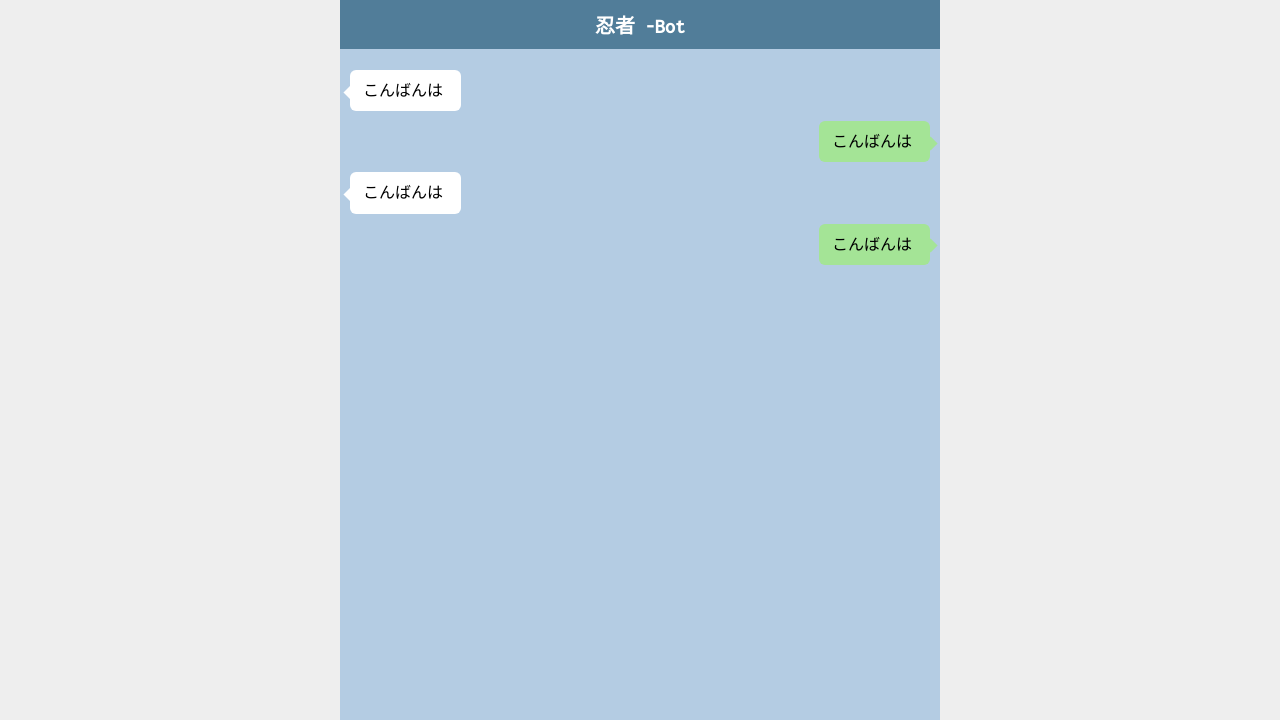
Repository: t0chan/bot
Page: index.html
The author's editor kept a copy of each file at every save. The page is drawn from the files as they stood at one save, then again after the next save.
The browser window is 1280 px wide. The pictures show the whole page.

Above is the page before, as saved 2021-11-01 19:29:40.

After the next save:
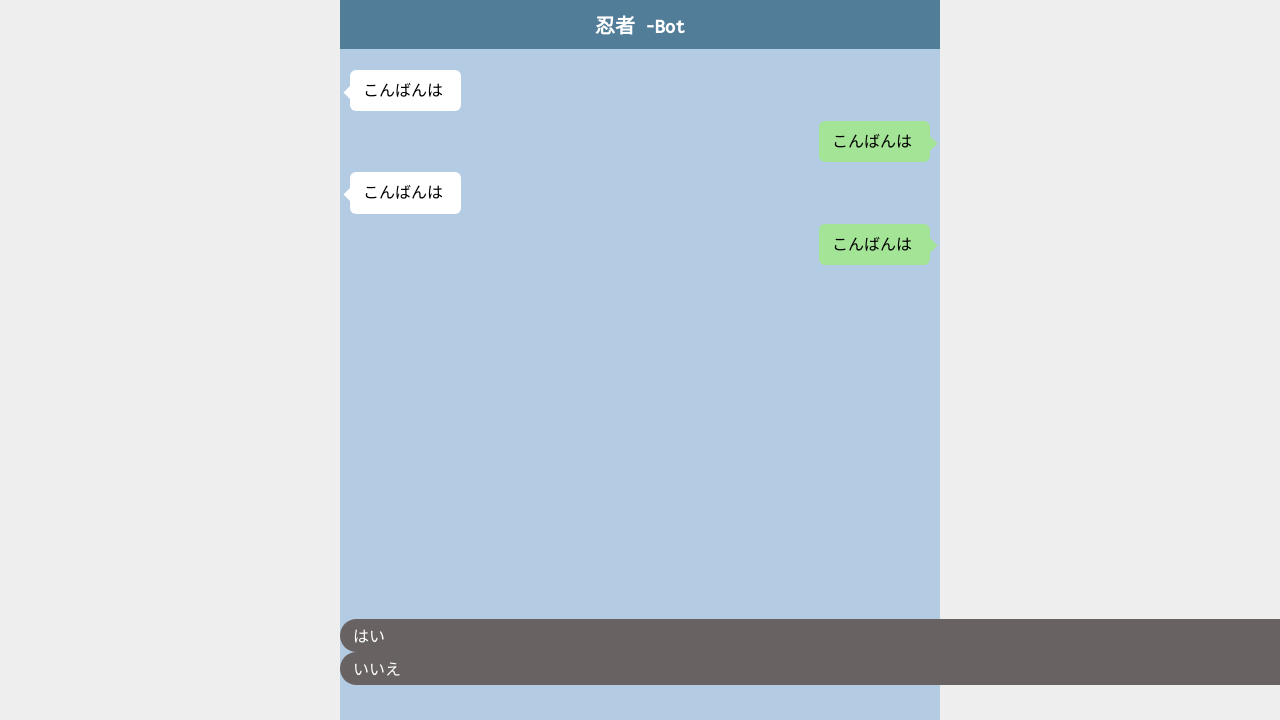
Saved 4 s later.
--- a/style.css
+++ b/style.css
@@ -98,12 +98,12 @@
     margin: 0 auto;
 }
 
-#select-list {
+/* #select-list {
     display: flex;
     margin: 0 10px;
     transform: translateY(100%);
     width: max-content;
-}
+} */
 
 #select-list li {
     background-color: #686262;

After the save that followed:
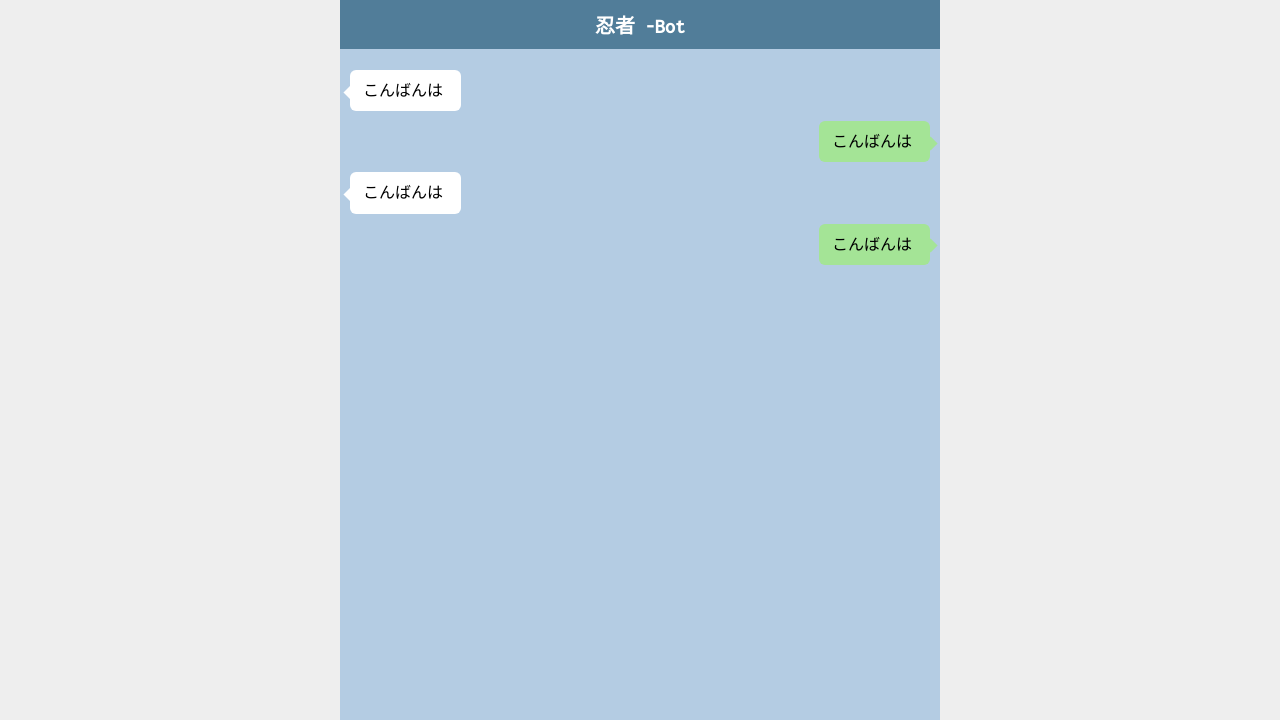
Saved 79 s later.
--- a/style.css
+++ b/style.css
@@ -98,12 +98,12 @@
     margin: 0 auto;
 }
 
-/* #select-list {
+#select-list {
     display: flex;
     margin: 0 10px;
     transform: translateY(100%);
     width: max-content;
-} */
+}
 
 #select-list li {
     background-color: #686262;
